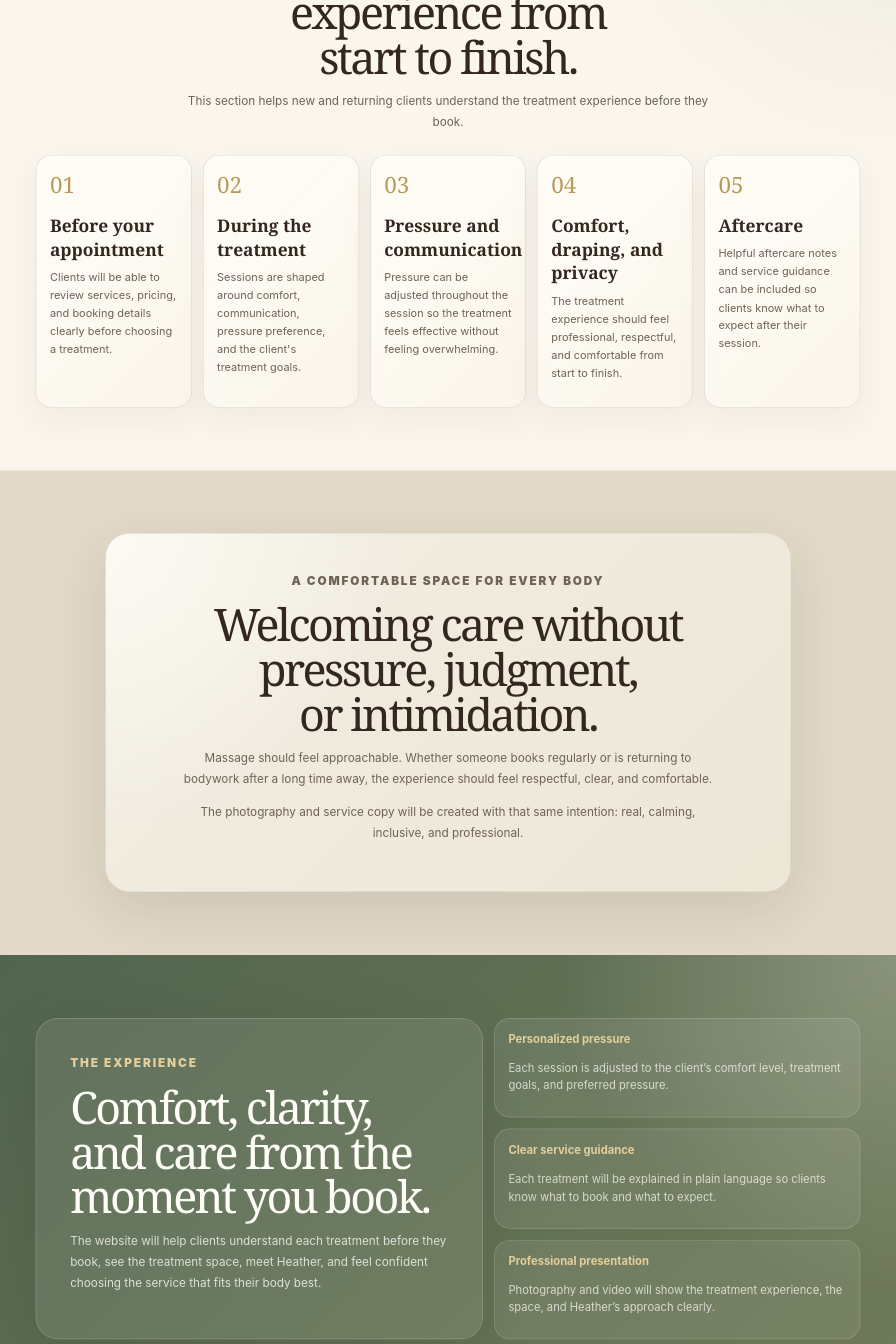
Repository: 300LBHACK3R/mckenzie-house-massage-site
Page: /
The author's editor kept a copy of each file at every save. The page is drawn from the files as they stood at one save, then again after the next save.
The browser window is 1280 px wide. The pictures show the part of the page from y = 2876 to 4796 px (the page is 7943 px tall before and 8034 px after), at 70% of full size.
The project was rebuilt for these pictures with package versions that can differ from the ones it lists, and the page was loaded fresh each time. The framework's server and built-in components were replaced by stand-ins that run in the browser. Also part of the build but not shown: next.config.ts.

Above is the page before, as saved 2026-07-16 08:56:10.

After the next save:
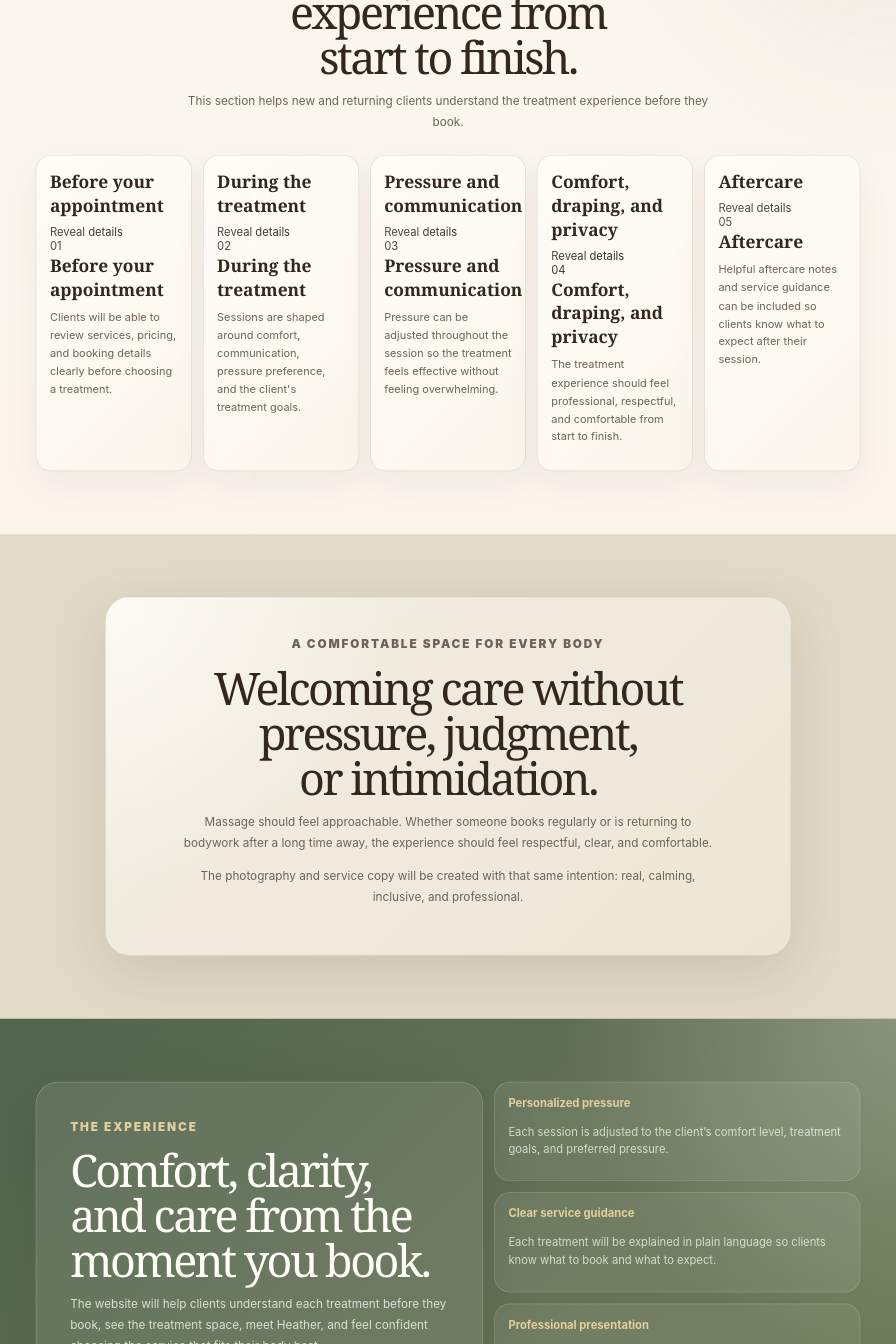
Saved 6 min 18 s later.
--- a/src/app/page.tsx
+++ b/src/app/page.tsx
@@ -173,10 +173,21 @@ export default function Home() {
 
           <div className="expect-grid">
             {whatToExpect.map((item, index) => (
-              <article className="expect-card" key={item.title}>
-                <span>{String(index + 1).padStart(2, "0")}</span>
-                <h3>{item.title}</h3>
-                <p>{item.text}</p>
+              <article
+                className="expect-card sheet-card"
+                key={item.title}
+                tabIndex={0}
+              >
+                <div className="expect-sheet" aria-hidden="true">
+                  <h3>{item.title}</h3>
+                  <span className="sheet-hint">Reveal details</span>
+                </div>
+
+                <div className="expect-reveal">
+                  <span>{String(index + 1).padStart(2, "0")}</span>
+                  <h3>{item.title}</h3>
+                  <p>{item.text}</p>
+                </div>
               </article>
             ))}
           </div>
